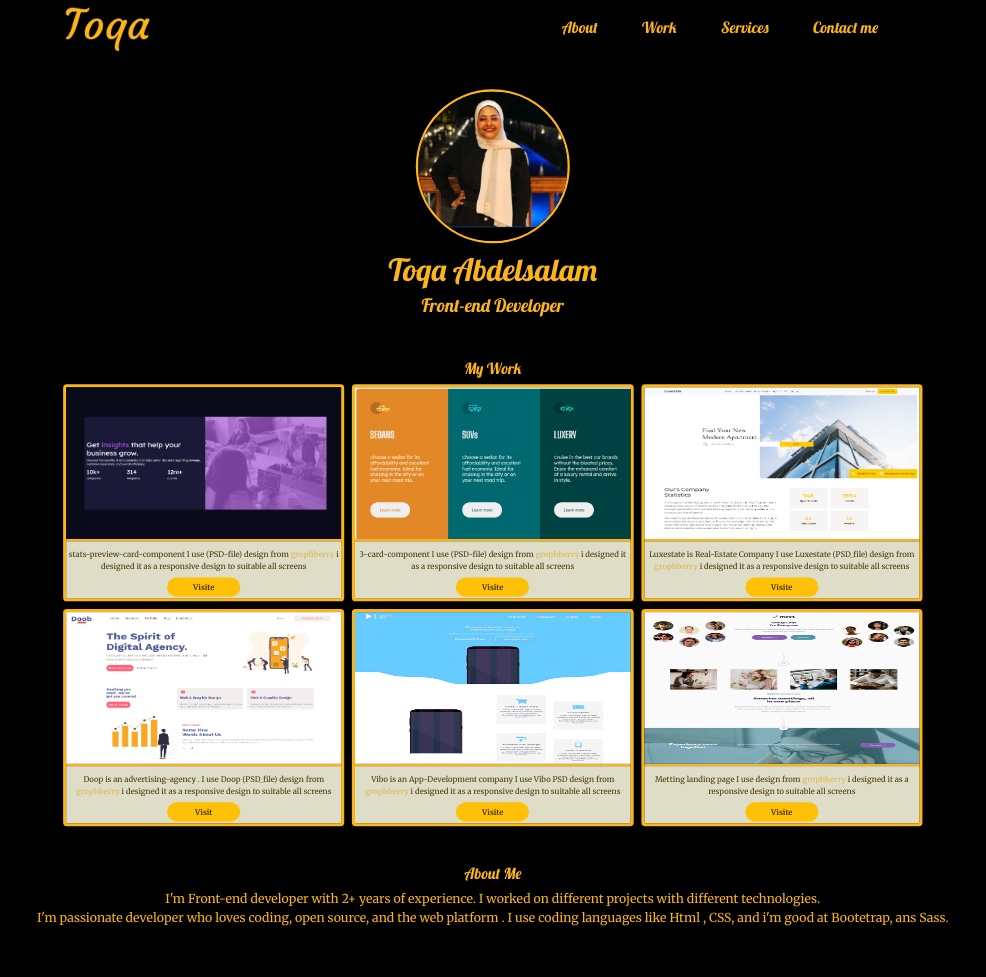
Repository: Toqa-25/portfolio
Page: index.html
An editor plug-in stored every save of this project. The page is shown before and after the next save, followed by the edit.
The browser window is 1280 px wide. The pictures show the whole page, at 77% of full size.
Some web fonts or font styles are not loaded; a fallback is used.

Above is the page before, as saved 2021-10-31 14:54:04.

### index.html
<!DOCTYPE html>
<html lang="en">
<head>
    <meta charset="UTF-8">
    <meta http-equiv="X-UA-Compatible" content="IE=edge">
    <meta name="viewport" content="width=device-width, initial-scale=1.0">
    <title>Toqa Portfolio</title>
      <!-- bootstrap file -->
      <link rel="stylesheet" href="css/all.min.css">
      <link rel="stylesheet" href="css/bootstrap.css">
      <!-- css file -->
      <link rel="stylesheet" href="css/style.css">
      <!-- fonts -->
      <link rel="preconnect" href="https://fonts.googleapis.com">
<link rel="preconnect" href="https://fonts.gstatic.com" crossorigin>
<link href="https://fonts.googleapis.com/css2?family=Lobster&family=Otomanopee+One&display=swap" rel="stylesheet">
<link rel="preconnect" href="https://fonts.googleapis.com">
<link rel="preconnect" href="https://fonts.gstatic.com" crossorigin>
<link href="https://fonts.googleapis.com/css2?family=Merriweather:ital,wght@0,300;0,400;0,700;0,900;1,300;1,400;1,700;1,900&display=swap" rel="stylesheet">
<link rel="preconnect" href="https://fonts.googleapis.com">
<link rel="preconnect" href="https://fonts.gstatic.com" crossorigin>
<link href="https://fonts.googleapis.com/css2?family=Bebas+Neue&family=Oswald:wght@200;300;400;500;600;700&display=swap" rel="stylesheet">
</head>
<body>
    <header class="section">
       <nav class="container">
           <img src="images/logo.png" alt="logo">
       <ul class="list">
           <li>About</li>
           <li>Work</li>
           <li>Services</li>
           <li>Contact me</li>
           <!-- <li>Reviews</li> -->
       </ul>
       <div role="navigation">
      <svg xmlns="http://www.w3.org/2000/svg" width="35" height="35" fill="#fbb519" class="bi bi-list" viewBox="0 0 16 16">
        <path fill-rule="evenodd" d="M2.5 12a.5.5 0 0 1 .5-.5h10a.5.5 0 0 1 0 1H3a.5.5 0 0 1-.5-.5zm0-4a.5.5 0 0 1 .5-.5h10a.5.5 0 0 1 0 1H3a.5.5 0 0 1-.5-.5zm0-4a.5.5 0 0 1 .5-.5h10a.5.5 0 0 1 0 1H3a.5.5 0 0 1-.5-.5z"/>
      </svg>
      <ul class="hidden">
        <li>About</li>
        <li>Work</li>
        <li>Services</li>
        <li>Contact me</li>
        <!-- <li>Reviews</li> -->
      </ul>
      </div>
    </nav>

    </header>
    <div class="my-image section">
      <div class="quik  " role="main">
        <div>
        <img src="images/toqa.jpg" alt=""><br>
        <h1>Toqa Abdelsalam</h1>
        <h4>Front-end Developer</h4>
      </div>
      </div>
    </div>

      <section class="section container work">
      <h5>My Work</h5>
      <div class="card-groups">
      <div class="project card" role="menu">
        <img src="images/toqa-25.github.io_stats-preview-card-component-main_.png" alt="">
        <p>stats-preview-card-component
      I use  (PSD-file) design from <span> <a href="https://www.frontendmentor.io/">grophberry</a></span>
  i designed it as a responsive design to suitable all screens <br>
  <button><a href="https://toqa-25.github.io/stats-preview-card-component-main/">Visite</a></button>
 </p>
 </div>
      <div class="project card" role="menu">
        <img src="images/toqa-25.github.io_3-cards-component3_.png" alt="">
        <p>3-card-component
      I use (PSD-file) design from <span> <a href="https://www.frontendmentor.io/">grophberry</a></span>
  i designed it as a responsive design to suitable all screens <br>
  <button><a href="https://toqa-25.github.io/3-cards-component/">Visite</a></button>
 </p>
 </div>
      <div class="project card" role="menu">
          <img src="images/destop-luxestate - Copy (1).png" alt="">
          <p>Luxestate is Real-Estate Company
        I use Luxestate (PSD_file) design from <span> <a href="https://www.graphberry.com/">grophberry</a></span>
    i designed it as a responsive design to suitable all screens <br>
    <button><a href="https://toqa-25.github.io/luxstate-project-/">Visite</a></button>
   </p>
   </div>
      <div class="project card" role="menu">
          <img src="images/web_design.png" alt="">
          <p>Doop is an advertising-agency .
        I use Doop (PSD_file) design from <span> <a href="https://www.graphberry.com/">grophberry</a></span>
    i designed it as a responsive design to suitable all screens <br>
    <button><a href="https://toqa-25.github.io/simply-agency/">Visit </a></button>
   </p>
   </div>
      <div class="project card" role="menu">
        <img src="images/Vibo_App(desktop)_toqa-25.github.io2.png" alt="">
          <p>Vibo is an App-Development company
        I use Vibo PSD design from <span> <a href="https://www.graphberry.com/">grophberry</a></span>
    i designed it as a responsive design to suitable all screens <br>
    <button><a href="https://toqa-25.github.io/vibo-app/">Visite</a></button>
   </p>
   </div>
   <div class="project card" role="menu">
    <img src="images/toqa-25.github.io_landing-meeting-page_desktop.png" alt="">
    <p>Metting landing page
  I use  design from <span> <a href="https://www.frontendmentor.io/">grophberry</a></span>
i designed it as a responsive design to suitable all screens <br>
<button><a href="https://toqa-25.github.io/landing-meeting-page/">Visite</a></button>
</p>
</div>
   </div>
      </section>

      <section class="section about">

          <h5>About Me</h5>
      <p> I'm Front-end developer with 2+ years of experience. I worked on different projects with different technologies. <br>
       I'm passionate developer who loves coding, open source, and the web platform .
       I use coding languages like Html , CSS, and i'm good at Bootetrap, ans Sass. </p>
      </section>

</body>
</html>

### css/style.css
/* Root value */
:root{
    --main-color:#fbb519;
    --section-padding:50px;
}
/* global value */
*{
    box-sizing: border-box;
    margin: 0;
    padding: 0;

}

/* my  style */
body{
    font-family: 'Merriweather', serif;
    background-color: black;
    /* font-family: 'Otomanopee One', sans-serif; */
    /* font-family: 'Oswald', sans-serif; */
    color:var(--main-color)
}
.section{
    padding-bottom: var(--section-padding);
}
.container
{
  width: 100%;
  padding-right: 0.75rem;
  padding-left: 0.75rem;
  margin-right: auto;
  margin-left: auto;
}
 .section h5{
    text-align: center;
    font-family: 'Lobster';

 }

@media (min-width: 576px) {
 .container {
    max-width: 540px;
  }
}
@media (min-width: 768px) {
   .container {
    max-width: 720px;
  }
}
@media (min-width: 992px) {
   .container {
    max-width: 960px;
  }
}
@media (min-width: 1200px) {
 .container {
    max-width: 1140px;
  }
}
@media (min-width: 1400px) {
   .container {
    max-width: 1320px;
  }
}
 /* start header part */
 header{
    font-family: 'Lobster', cursive;

   /* background-image: url(../images/ferenc-almasi-eYpcLDXHVb0-unsplash.jpg);
   background-size: cover;*/
 }
 nav{
      display: flex;
    justify-content: space-between;
    align-items: center;
    /* background-color: black; */
 }
  nav img{
     margin-top:10px;
 }
 nav .list{
     width: 50%;
    margin-top:20px;
    list-style: none;
    color:var(--main-color);
    display: flex;
    justify-content: space-evenly;
    cursor: pointer;
    font-size: 20px;
 }
 nav .list li:hover{
  padding:5px;
  font-size: 30px;
 }
 @media (max-width: 768px){
  nav .list {
      display: none;
  }
  div{
      display: block;
      padding: 15px;
  }
  .quik h2{
    font-size: 20px;
    line-height: 2rem;
  }
  .quik img{
    width: 100px;
    height: 100px;
 }
}
 @media (min-width: 768px){
     nav div{
         display: none;

     }
 }
 div:hover  .hidden {
     display: block;
     color:var(--main-color);
     position: absolute;
     right: 44px;
     top: 37px;
     background-color: #f5f5dc91;
     list-style: none;
     border-radius: 8px;
     padding: 10px;

 }
 .hidden{
    display: none;

}
.hidden li:hover{
 padding: 5px;
 font-size: 25px;
}
 .quik{
    color: var(--main-color);
    text-align: center;
    /* background-image: url(../images/mohammad-rahmani-8qEB0fTe9Vw-unsplash.jpg); */
    height: 300px;
    display: flex;
    align-items: center;
    justify-content: center;
    /* font-family: 'Bebas Neue', cursive; */
     /* font-family: 'Oswald', sans-serif; */
     font-family: 'Lobster', cursive;


 }
 .quik img{
     width: 200px;
     height: 200px;
     border:3px solid;
     border-radius: 50%;
     -webkit-border-radius: 50%;
     -moz-border-radius: 50%;
     -ms-border-radius: 50%;
     -o-border-radius: 50%;
     margin-bottom: 10px;
}
 h2{
    color: #dad3d3;
    text-transform: uppercase;
    line-height: 3rem;
 }
 span{
     color:var(--main-color)
 }
 .card-groups{
     display: grid;
    grid-template-columns:repeat(auto-fit, minmax(300px, 1fr));
    gap:10px;
 }
 .work h5{
    text-align: center;
    font-family: 'Lobster';
 }
.card {
    width: 100%;
    height: 100%;
    position: relative;
    display: flex;
    flex-direction: column;
    min-width: 0;
    word-wrap: break-word;
    background-color: black;
    background-clip: border-box;
    border: 4px solid var(--main-color);
    border-radius: 0.3rem;
}

.card img{
    max-width:100%;
    height: 200px;
    border-bottom: 3px solid;
}
.card img:hover{
   transform: scale(1.1);
   -webkit-transform: scale(1.1);
   -moz-transform: scale(1.1);
   -ms-transform: scale(1.1);
   -o-transform: scale(1.1);
}
.card p{
    margin-bottom: 1rem;
    background-color: black;
    font-size: 10px;
    padding: 2px;
    margin: 0px;
    margin-top: 0px;
    width: 100%;
    height: 100%;
    text-align: center;
    color:#483705;
    background-color: #f5f5dce8;
    padding-top: 10px;

}
.card p a{
    text-decoration: none;
    color: #e2bc66;
    font-weight: bolder;
}
.card p:hover{

}

.card button{
    width: 95px;
    text-align: center;
    background-color: #ffc107;
    border: none;
    border-radius: 15px;
    padding: 5px;
    margin-top: 7px;
}
.card button:hover{
    width:120px;
    padding: 10px;
}
.card button a{
    text-decoration: none;
    color: #483705;
}

.about{
    text-align: center;

}

Loaded but not shown: css/all.min.css (library); css/bootstrap.css (library)

After the next save:
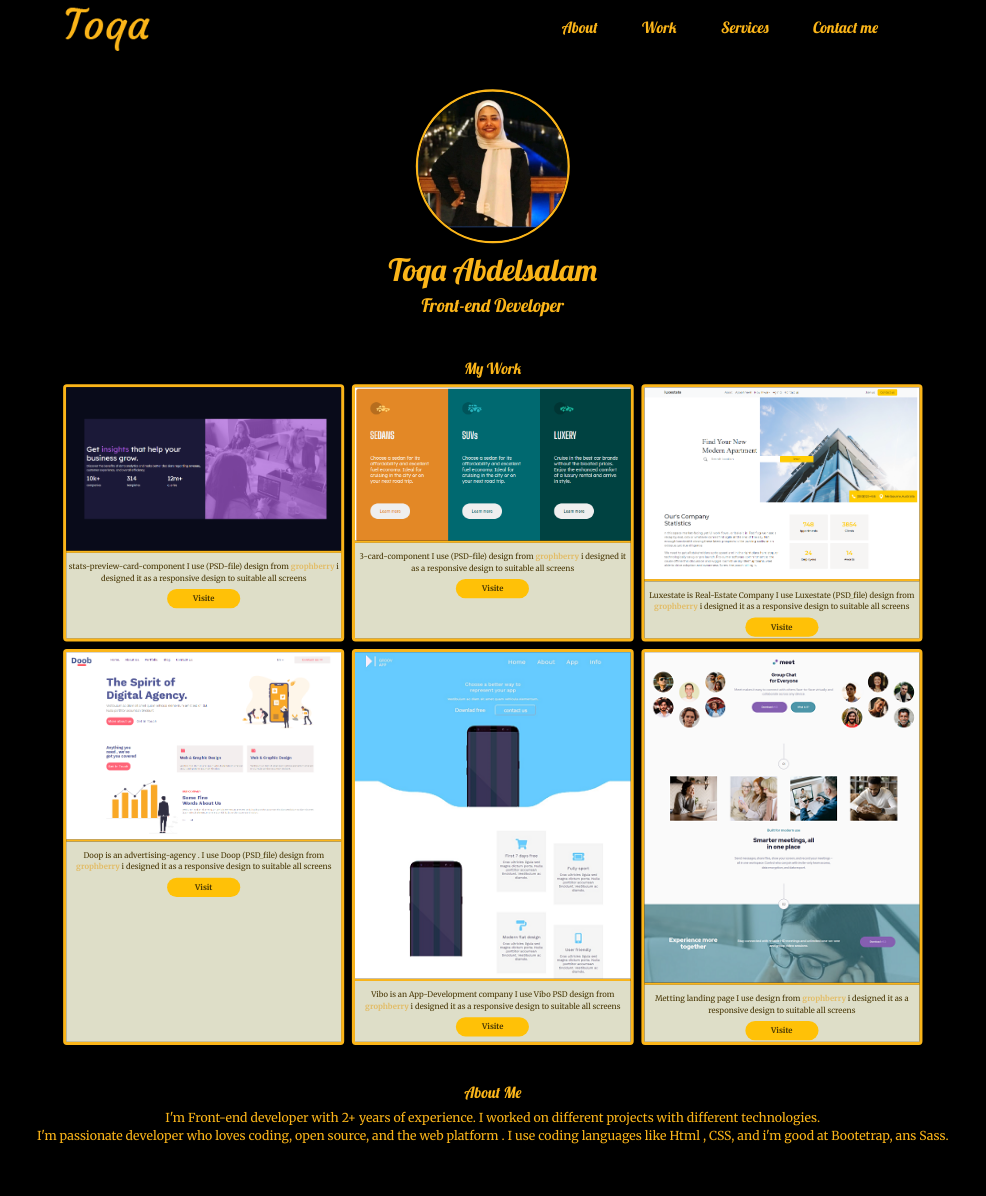
Saved 107 s later.
--- a/css/style.css
+++ b/css/style.css
@@ -192,7 +192,7 @@ body{
 
 .card img{
     max-width:100%;
-    height: 200px;
+    maxheight: 200px;
     border-bottom: 3px solid;
 }
 .card img:hover{

After the save that followed:
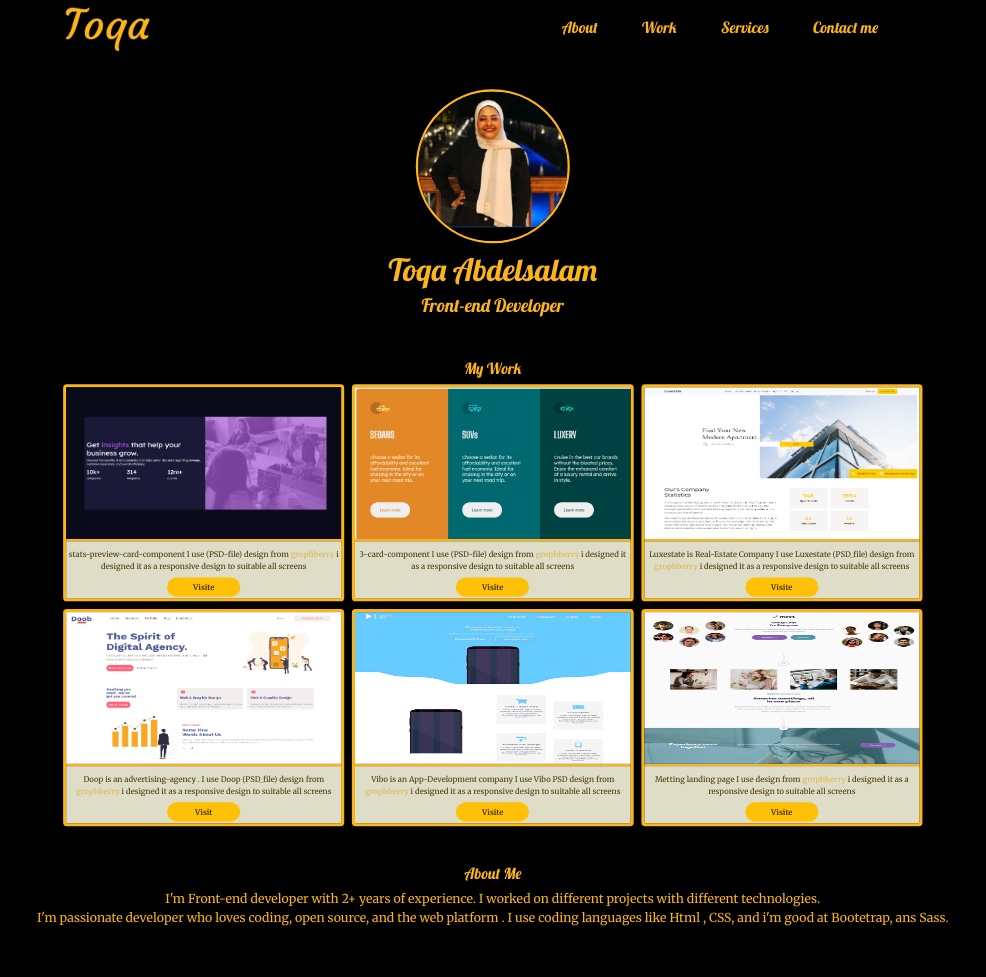
Saved 6 s later.
--- a/css/style.css
+++ b/css/style.css
@@ -192,7 +192,7 @@ body{
 
 .card img{
     max-width:100%;
-    maxheight: 200px;
+    max-height: 200px;
     border-bottom: 3px solid;
 }
 .card img:hover{
